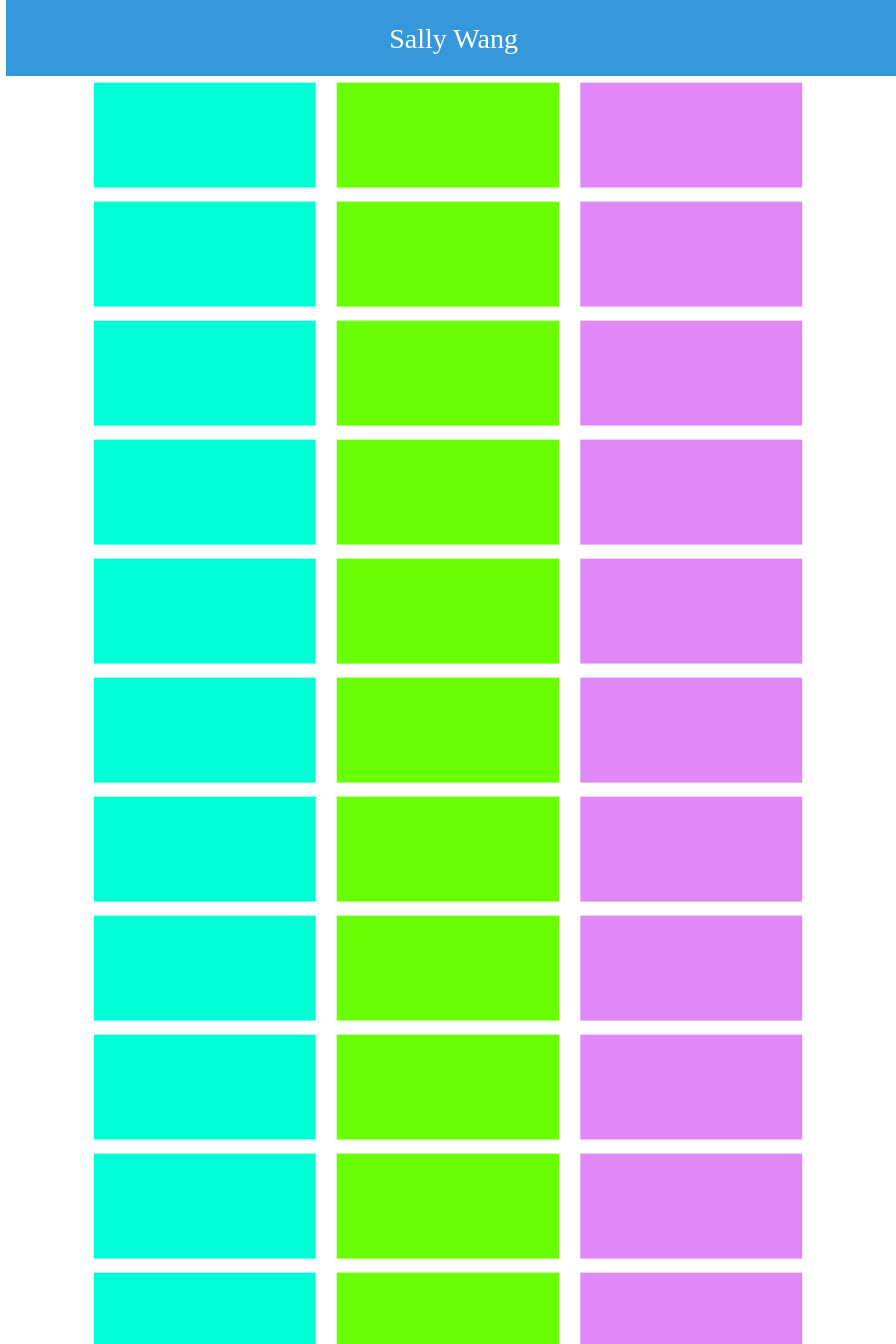
Repository: tianjiewang2022/tianjiewang2022.github.io
Page: index.html
These files come from the project's save history. The page is drawn as it stood at one moment and after the next save; the edit follows.
The browser window is 1280 px wide. The pictures show the part of the page from y = 0 to 1920 px (the page is 6233 px tall before and 9733 px after), at 70% of full size.

Above is the page before, as saved 2023-10-02 01:27:32.

### index.html
<!DOCTYPE html>
<html lang="en">

    <head>
        <meta charset="UTF-8">
        <meta name="viewport" content="width=device-width, initial-scale=1.0">
        <title>Sally's Webpage</title>
        <style>
            body {
                padding-top: 100px;
            }

            header {
                background-color: #3498db;
                /* Choose your header color */
                color: white;
                position: fixed;
                top: 0;
                width: 100%;
                height: 15%;

                display: flex;
                align-items: center;
                justify-content: center;
                z-index: 100;
                font-size: 40px;
            }

            .flex-container {
                padding: 10px;
                display: flex;
                flex-wrap: wrap;
                justify-content: space-between;
                padding-left: 10%;
                padding-right: 10%;
            }

            .flex-box {
                width: calc(33.33% - 20px);
                height: 150px;
                background-color: #ccc;
                /* Default background color */
                /* Add margin between boxes */
                background-color: #ccc;
                /* Default background color */
                text-align: center;
                display: flex;
                align-items: center;
                justify-content: center;
            }

            .box1-blue {
                background-color: rgb(0, 255, 213);
            }

            .box2-green {
                background-color: rgb(106, 255, 0);
            }

            .box3-purple {
                background-color: rgb(225, 136, 247);
            }

            table {
                width: 100%;
                justify-content: center;
                border-collapse: collapse;
                margin-top: 10px;
            }

            th,
            td {
                border: 1px solid #ccc;
                padding: 10px;
                text-align: center;
            }

            th {
                background-color: #f2f2f2;
            }
        </style>
    </head>

    <body>
        <header>
            Sally Wang
        </header>

        <div class="flex-container">
            <!-- Your content goes here -->
            <span class="flex-box box1-blue"></span>
            <span class="flex-box box2-green"></span>
            <span class="flex-box box3-purple"></span>
        </div>
        <div class="flex-container">
            <!-- Your content goes here -->
            <span class="flex-box box1-blue"></span>
            <span class="flex-box box2-green"></span>
            <span class="flex-box box3-purple"></span>
        </div>
        <div class="flex-container">
            <!-- Your content goes here -->
            <span class="flex-box box1-blue"></span>
            <span class="flex-box box2-green"></span>
            <span class="flex-box box3-purple"></span>
        </div>
        <div class="flex-container">
            <!-- Your content goes here -->
            <span class="flex-box box1-blue"></span>
            <span class="flex-box box2-green"></span>
            <span class="flex-box box3-purple"></span>
        </div>
        <div class="flex-container">
            <!-- Your content goes here -->
            <span class="flex-box box1-blue"></span>
            <span class="flex-box box2-green"></span>
            <span class="flex-box box3-purple"></span>
        </div>
        <div class="flex-container">
            <!-- Your content goes here -->
            <span class="flex-box box1-blue"></span>
            <span class="flex-box box2-green"></span>
            <span class="flex-box box3-purple"></span>
        </div>
        <div class="flex-container">
            <!-- Your content goes here -->
            <span class="flex-box box1-blue"></span>
            <span class="flex-box box2-green"></span>
            <span class="flex-box box3-purple"></span>
        </div>
        <div class="flex-container">
            <!-- Your content goes here -->
            <span class="flex-box box1-blue"></span>
            <span class="flex-box box2-green"></span>
            <span class="flex-box box3-purple"></span>
        </div>
        <div class="flex-container">
            <!-- Your content goes here -->
            <span class="flex-box box1-blue"></span>
            <span class="flex-box box2-green"></span>
            <span class="flex-box box3-purple"></span>
        </div>
        <div class="flex-container">
            <!-- Your content goes here -->
            <span class="flex-box box1-blue"></span>
            <span class="flex-box box2-green"></span>
            <span class="flex-box box3-purple"></span>
        </div>
        <div class="flex-container">
            <!-- Your content goes here -->
            <span class="flex-box box1-blue"></span>
            <span class="flex-box box2-green"></span>
            <span class="flex-box box3-purple"></span>
        </div>
        <div class="flex-container">
            <!-- Your content goes here -->
            <span class="flex-box box1-blue"></span>
            <span class="flex-box box2-green"></span>
            <span class="flex-box box3-purple"></span>
        </div>
        <div class="flex-container">
            <!-- Your content goes here -->
            <span class="flex-box box1-blue"></span>
            <span class="flex-box box2-green"></span>
            <span class="flex-box box3-purple"></span>
        </div>
        <div class="flex-container">
            <!-- Your content goes here -->
            <span class="flex-box box1-blue"></span>
            <span class="flex-box box2-green"></span>
            <span class="flex-box box3-purple"></span>
        </div>
        <div class="flex-container">
            <!-- Your content goes here -->
            <span class="flex-box box1-blue"></span>
            <span class="flex-box box2-green"></span>
            <span class="flex-box box3-purple"></span>
        </div>
        <div class="flex-container">
            <!-- Your content goes here -->
            <span class="flex-box box1-blue"></span>
            <span class="flex-box box2-green"></span>
            <span class="flex-box box3-purple"></span>
        </div>
        <div class="flex-container">
            <!-- Your content goes here -->
            <span class="flex-box box1-blue"></span>
            <span class="flex-box box2-green"></span>
            <span class="flex-box box3-purple"></span>
        </div>
        <div class="flex-container">
            <!-- Your content goes here -->
            <span class="flex-box box1-blue"></span>
            <span class="flex-box box2-green"></span>
            <span class="flex-box box3-purple"></span>
        </div>
        <div class="flex-container">
            <!-- Your content goes here -->
            <span class="flex-box box1-blue"></span>
            <span class="flex-box box2-green"></span>
            <span class="flex-box box3-purple"></span>
        </div>
        <div class="flex-container">
            <!-- Your content goes here -->
            <span class="flex-box box1-blue"></span>
            <span class="flex-box box2-green"></span>
            <span class="flex-box box3-purple"></span>
        </div>
        <div class="flex-container">
            <!-- Your content goes here -->
            <span class="flex-box box1-blue"></span>
            <span class="flex-box box2-green"></span>
            <span class="flex-box box3-purple"></span>
        </div>
        <div class="flex-container">
            <!-- Your content goes here -->
            <span class="flex-box box1-blue"></span>
            <span class="flex-box box2-green"></span>
            <span class="flex-box box3-purple"></span>
        </div>
        <div class="flex-container">
            <!-- Your content goes here -->
            <span class="flex-box box1-blue"></span>
            <span class="flex-box box2-green"></span>
            <span class="flex-box box3-purple"></span>
        </div>
        <div class="flex-container">
            <!-- Your content goes here -->
            <span class="flex-box box1-blue"></span>
            <span class="flex-box box2-green"></span>
            <span class="flex-box box3-purple"></span>
        </div>
        <div class="flex-container">
            <!-- Your content goes here -->
            <span class="flex-box box1-blue"></span>
            <span class="flex-box box2-green"></span>
            <span class="flex-box box3-purple"></span>
        </div>
        <div class="flex-container">
            <!-- Your content goes here -->
            <span class="flex-box box1-blue"></span>
            <span class="flex-box box2-green"></span>
            <span class="flex-box box3-purple"></span>
        </div>
        <div class="flex-container">
            <!-- Your content goes here -->
            <span class="flex-box box1-blue"></span>
            <span class="flex-box box2-green"></span>
            <span class="flex-box box3-purple"></span>
        </div>
        <div class="flex-container">
            <!-- Your content goes here -->
            <span class="flex-box box1-blue"></span>
            <span class="flex-box box2-green"></span>
            <span class="flex-box box3-purple"></span>
        </div>
        <div class="flex-container">
            <!-- Your content goes here -->
            <span class="flex-box box1-blue"></span>
            <span class="flex-box box2-green"></span>
            <span class="flex-box box3-purple"></span>
        </div>
        <div class="flex-container">
            <!-- Your content goes here -->
            <span class="flex-box box1-blue"></span>
            <span class="flex-box box2-green"></span>
            <span class="flex-box box3-purple"></span>
        </div>
        <div class="flex-container">
            <!-- Your content goes here -->
            <span class="flex-box box1-blue"></span>
            <span class="flex-box box2-green"></span>
            <span class="flex-box box3-purple"></span>
        </div>
        <div class="flex-container">
            <!-- Your content goes here -->
            <span class="flex-box box1-blue"></span>
            <span class="flex-box box2-green"></span>
            <span class="flex-box box3-purple"></span>
        </div>
        <div class="flex-container">
            <!-- Your content goes here -->
            <span class="flex-box box1-blue"></span>
            <span class="flex-box box2-green"></span>
            <span class="flex-box box3-purple"></span>
        </div>
        <div class="flex-container">
            <!-- Your content goes here -->
            <span class="flex-box box1-blue"></span>
            <span class="flex-box box2-green"></span>
            <span class="flex-box box3-purple"></span>
        </div>
        <div class="flex-container">
            <!-- Your content goes here -->
            <span class="flex-box box1-blue"></span>
            <!-- <span class="flex-box box2-green"></span>
            <span class="flex-box box3-purple"></span> -->
        </div>

        <table>
            <thead>
                <tr>
                    <th>Contact Method</th>
                    <th>Contact Information</th>
                </tr>
            </thead>
            <tbody>
                <tr>
                    <td>Email</td>
                    <td>my.email@example.com</td>
                </tr>
                <tr>
                    <td>LinkedIn</td>
                    <td>https://www.linkedin.com/in/sallytianjiewang/</td>
                </tr>
                <tr>
                    <td>Phone</td>
                    <td>123-456-7890</td>

                </tr>
                <!-- Add more rows with contact information as needed -->
            </tbody>
        </table>
    </body>


</html>

After the next save:
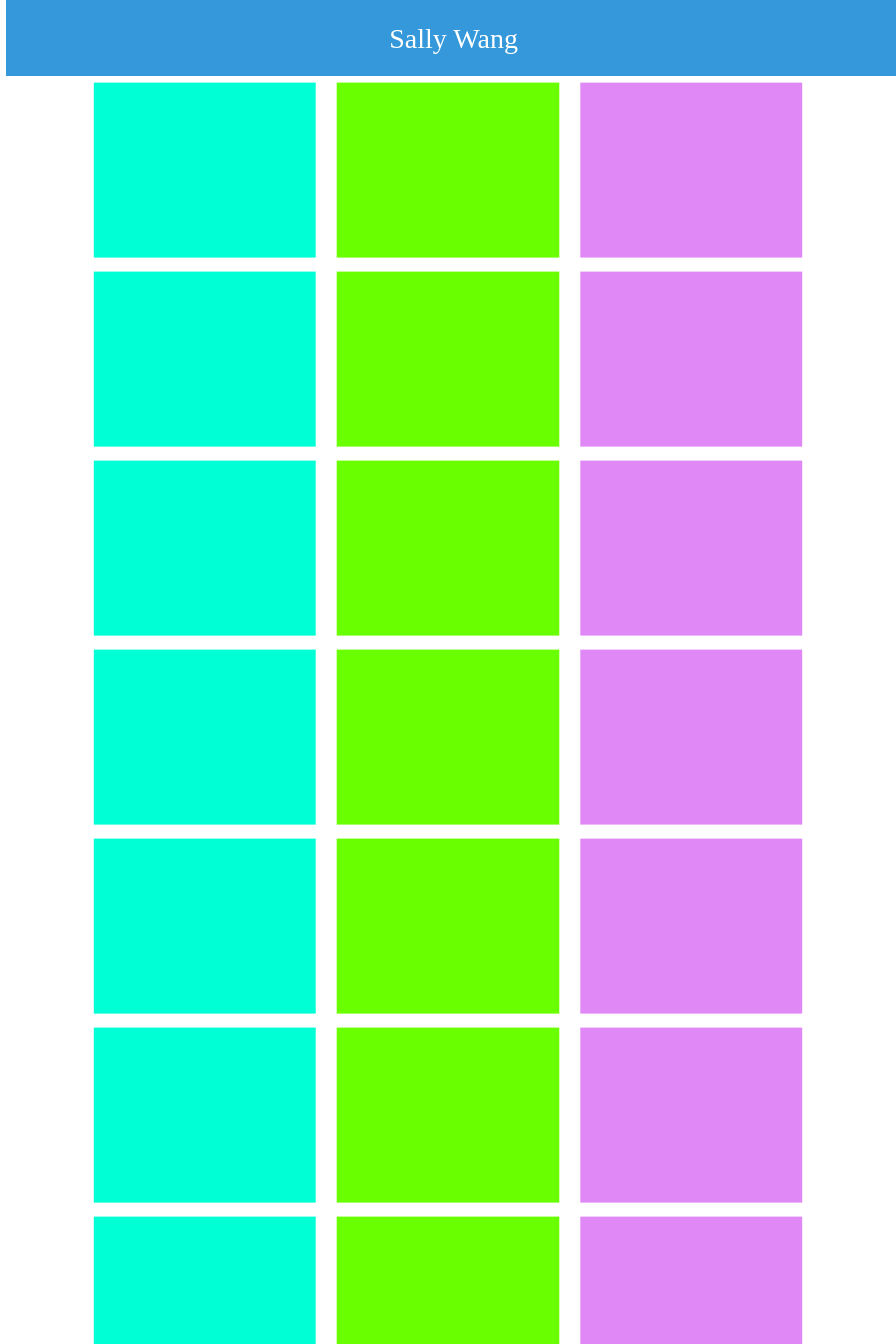
Saved 72 s later.
--- a/index.html
+++ b/index.html
@@ -37,7 +37,7 @@
 
             .flex-box {
                 width: calc(33.33% - 20px);
-                height: 150px;
+                height: 250px;
                 background-color: #ccc;
                 /* Default background color */
                 /* Add margin between boxes */
